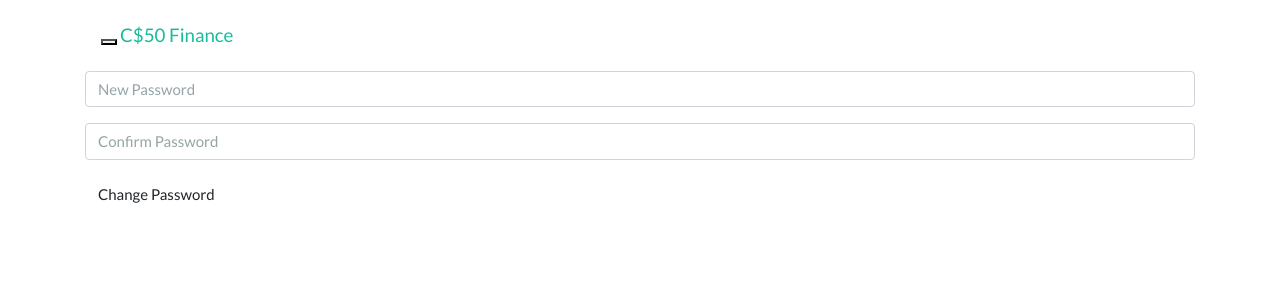
Repository: Insiyaa/WMP-CS50-Insiyaa
Page: http://localhost/change
The author's editor kept a record of every edit. The page is drawn from the files as they stood at one moment, then again after the next edit.
The browser window is 1280 px wide. The pictures show the whole page.
Some web libraries are served in a nearby version. The page is served by the project's application, run on Flask 3 (pset7/finance/application.py). The session is filled in as if someone had signed in: {"user_id": 1}.

Above is the page before.
Console error (its wording comes from the project's code and is left out).

After the next edit:
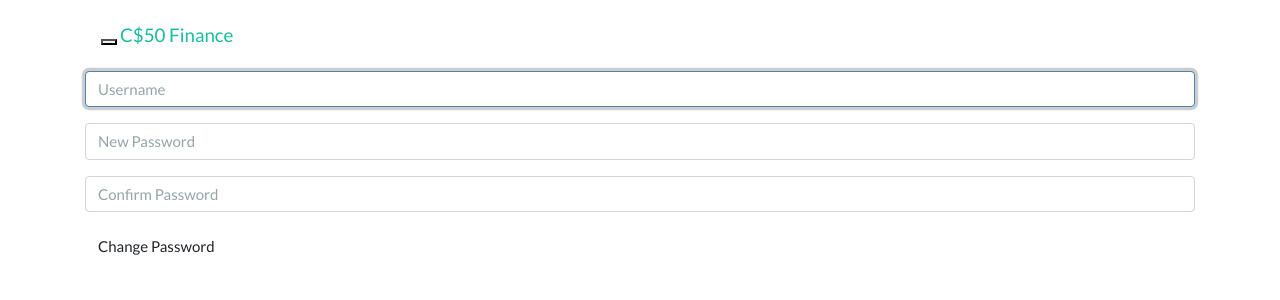
The edit:
--- a/pset7/finance/templates/change.html
+++ b/pset7/finance/templates/change.html
@@ -7,6 +7,9 @@
 {% block main %}
     <form action="{{ url_for('change') }}" method="post">
         <fieldset>
+            <div class="form-group">
+                <input autocomplete="off" autofocus class="form-control" name="username" placeholder="Username" type="text"/>
+            </div>
             <div class="form-group">
                 <input class="form-control" name="password" placeholder="New Password" type="password"/>
             </div>
